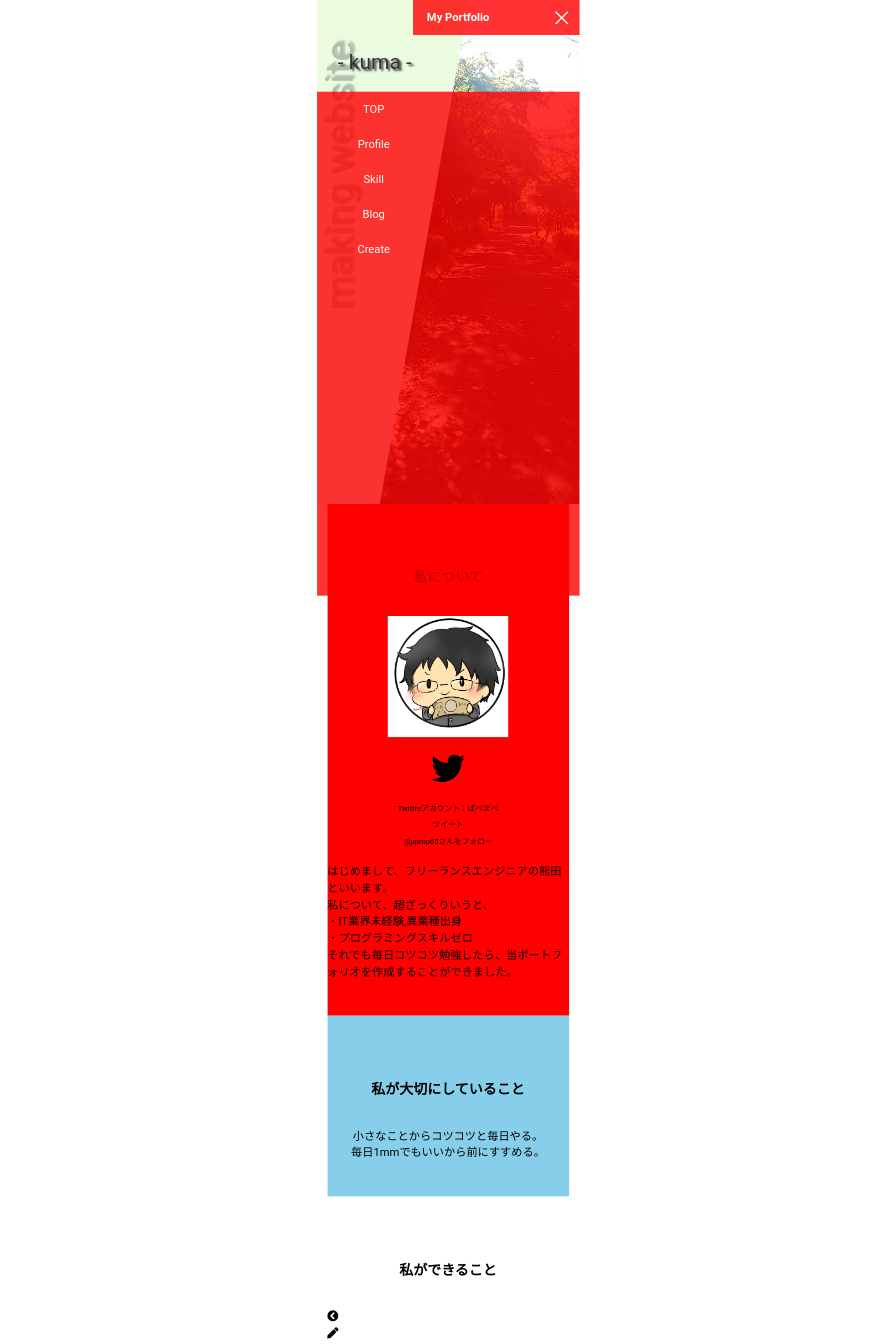
Repository: ppmp556/portfolio6
Page: index copy.html
The author's editor kept a copy of each file at every save. The page is drawn from the files as they stood at one save, then again after a run of saves.
The browser window is 1280 px wide. The pictures show the part of the page from y = 0 to 1920 px (the page is 3189 px tall), at 70% of full size.
After loading, the first visible `#nav_toggle` was clicked once.
Some web libraries are served in a nearby version. The style sheet was rebuilt from its Sass, Less or Tailwind sources for each picture, by a compiler version that may differ from the author's.

Above is the page before, as saved 2020-10-13 16:41:34.
Console error: TypeError: Cannot read properties of null (reading 'addEventListener')

After the next 2 saves:
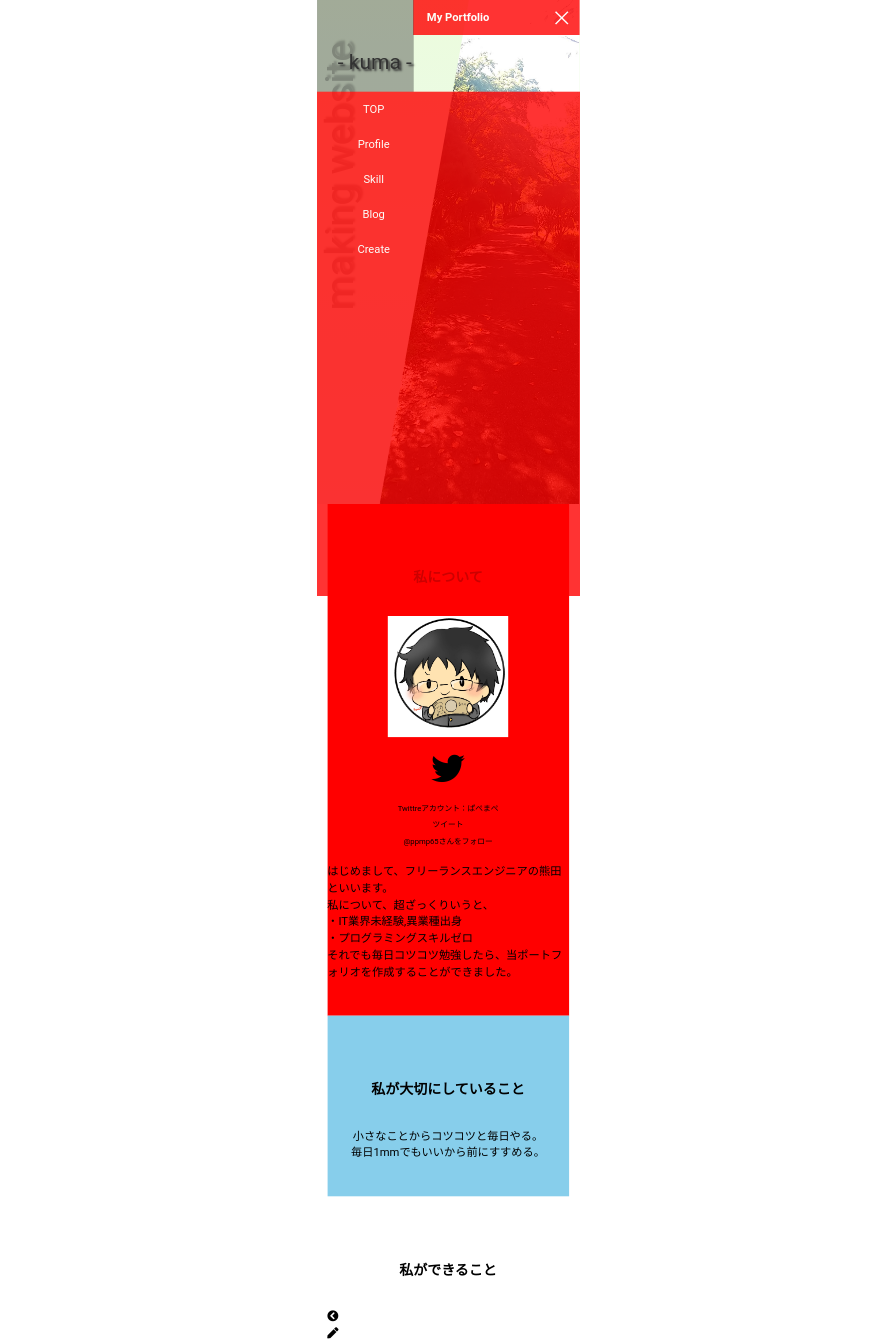
The 2 saves are shown as one change because 1 did not build or start.
The last was saved 89 s later.
--- a/css/main.scss
+++ b/css/main.scss
@@ -304,21 +304,29 @@ nav
     position: relative;
 
     &::before {
+        content: '';
+        position: absolute;
+        top: 0;
+        left: -560px;
+        background-color: $cBlack;
+        opacity: .5;
+        width: 140px;
+        height: 100vh;
+    }
+
+    &.clicked::before {
                 content: '';
                 position: absolute;
                 top: 0;
-                left: -560px;
+                left: -404px;
                 background-color: $cBlack;
                 opacity: .5;
                 width: 140px;
                 height: 100vh;
 
-                &.clicked {
-                    left: -404px;
-                }
-
-
-            }
+
+
+    }
 
 
 
